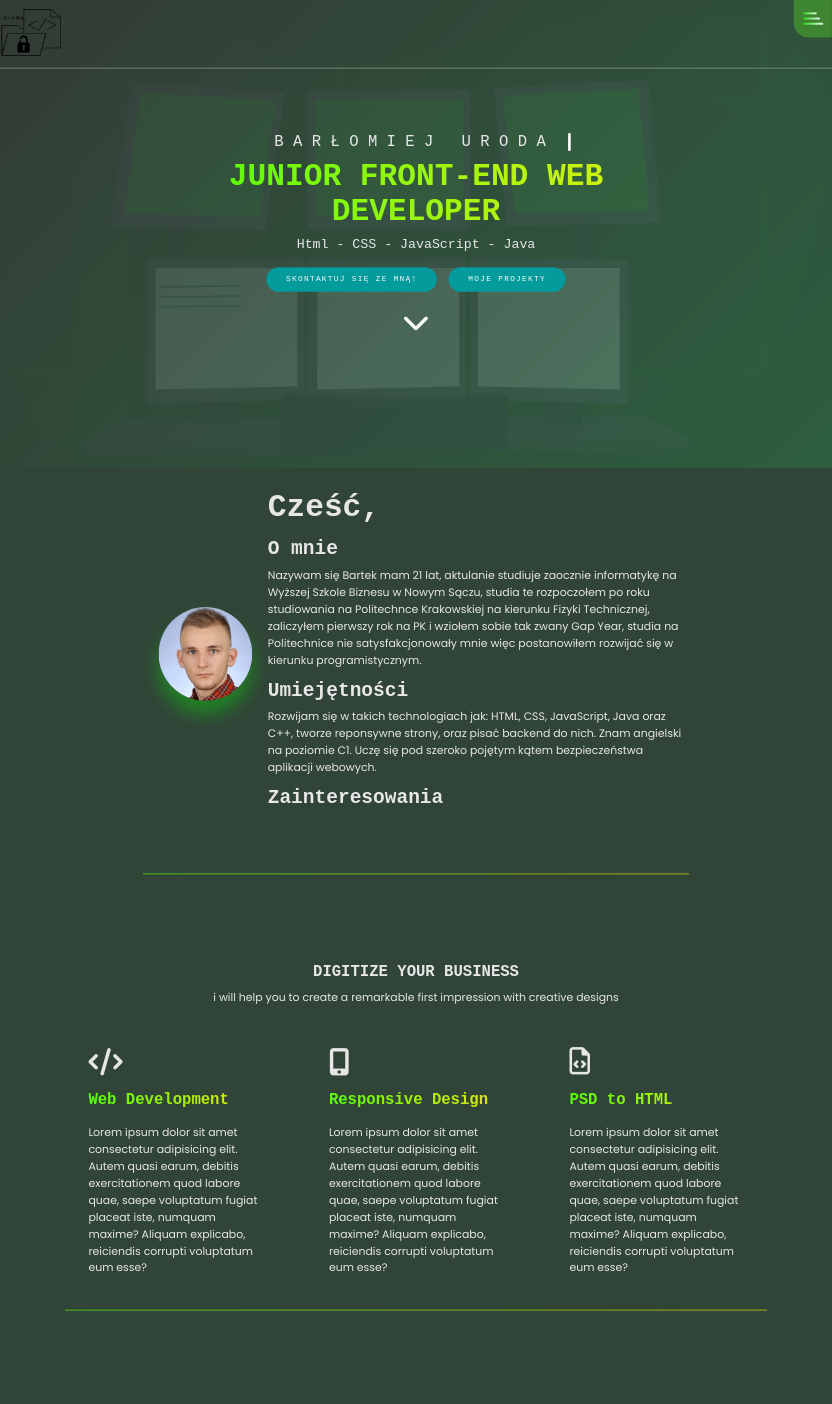
Repository: BartekUroda/portfolio
Page: index.html
An editor plug-in stored every save of this project. The page is shown before and after the next save, followed by the edit.
The browser window is 1280 px wide. The pictures show the whole page, at 65% of full size.
Some web fonts or font styles are not loaded; a fallback is used. Some web libraries are served in a nearby version.

Above is the page before, as saved 2020-10-27 21:00:05.

### index.html
<!DOCTYPE html>
<html lang="en">
<head>
    <meta charset="UTF-8">
    <meta name="viewport" content="width=device-width, initial-scale=1.0">
    <title>Portfolio | Bartek Uroda</title>
    <link rel="stylesheet" type="text/css" href="css/style.css">
    <link href="https://fonts.googleapis.com/css2?family=Poppins&sfamily=Share+Tech+Mono&display=swap" rel="stylesheet">
    <script src="https://kit.fontawesome.com/056e5c10dc.js" crossorigin="anonymous"></script>
    <link rel="shortcut icon" type="image/x-icon" href="images/favicon.ico" />
</head>
<body>
    <header>
        <div class="container">
            <nav>
                <div class="nav-brand">
                    <a href="index.html">
                        <img src="images/logo.png" alt="Uroda">
                    </a>
                </div>
                <div class="burger-menu-icon">
                    <div class="line1"></div>
                    <div class="line2"></div>
                    <div class="line3"></div>
                </div>
                <ul class="nav-list">
                    <li class="nav-item">
                      <a href="#landing-page">
                        <img
                          src="images/profile.jpeg"
                          alt="Bartek Uroda"
                          class="profile-pic nav-link"
                        >
                        <span class="caption nav-link">Bartek Uroda</span>
                      </a>
                    </li>
                    <li class="nav-item">
                      <a href="#about" class="nav-link">O mnie</a>
                    </li>
                    <li class="nav-item">
                      <a href="#services" class="nav-link">Usługi</a>
                    </li>
                    <li class="nav-item">
                      <a href="#projects" class="nav-link">Projekty</a>
                    </li>
                    <li class="nav-item">
                      <a href="#contact" class="nav-link">Kontakt</a>
                    </li>
                    <li class="nav-item">
                      <a href="https://www.facebook.com/bartlomiej.uroda.3" target="_blank" class="nav-link">
                        <i class="fab fa-facebook"></i>
                      </a>
                      <a href="https://github.com/Urodii" target="_blank" class="nav-link">
                        <i class="fab fa-github"></i>
                      </a>
                      <a href="https://www.youtube.com/channel/UCzT1h5RNvmbtrmKT5hPjyAg?view_as=subscriber" target="_blank" class="nav-link">
                        <i class="fab fa-youtube"></i>
                      </a>
                    </li>
                  </ul>
            </nav>
        </div>
    </header>
    <main>
      <section id="landing-page" class="landing-page">
        <div class="container">
          <div class="main-message">
            <h2>Barłomiej Uroda</h2>
            <h3>Junior Front-End Web Developer</h3>
            <p>Html - CSS - JavaScript - Java</p>
            <div class="intro-btn">
              <div class="cta">
                <a href="#contact" class="btn">Skontaktuj się ze mną!</a>
              </div>
              <div class="cta">
                <a href="#projects" class="btn">Moje Projekty</a>
              </div>
            </div>
            <div>
              <a href="#about" class="scroll-down">
                <i class="fa fa-chevron-down" aria-hidden="true"></i>
              </a>
            </div>
          </div>
        </div>
      </section>
      <section id="about" class="about">
        <div class="container">
          <div class="about-img">
            <img
              src="images/profile.jpeg"
              alt="Bartek Uroda"
              class="about-pic"
            />
          </div>
          <div class="about-text-box">
            <h2>Cześć,</h2>
            <h3>O mnie</h3>
            <p>
              Nazywam się Bartek mam 21 lat, aktulanie studiuje zaocznie informatykę
              na Wyższej Szkole Biznesu w Nowym Sączu, studia te rozpoczołem po roku studiowania
              na Politechnce Krakowskiej na kierunku Fizyki Technicznej, zaliczyłem pierwszy rok na PK
              i wziołem sobie tak zwany Gap Year, studia na Politechnice nie satysfakcjonowały
              mnie więc postanowiłem rozwijać się w kierunku programistycznym.
            </p>
            <h3>Umiejętności</h3>
            <p>
              Rozwijam się w takich technologiach jak: HTML, CSS, JavaScript, Java oraz C++,
              tworze reponsywne strony, oraz pisać backend do nich. Znam angielski na
              poziomie C1. Uczę się pod szeroko pojętym kątem bezpieczeństwa aplikacji webowych.
            </p>
            <h3>Zainteresowania</h3>
            <p>

          </div>
        </div>
        <hr/>
      </section>
      <section id="services" class="services">
        <div class="container">
          <div class="title-heading">
            <h2>DIGITIZE YOUR BUSINESS</h2>
            <p>
              i will help you to create a remarkable first impression with
              creative designs
            </p>
          </div>
          <div class="service-tiers">
            <div class="tier-item">
              <i class="fa fa-code" aria-hidden="true"></i>
              <h2>Web Development</h2>
              <p>
                Lorem ipsum dolor sit amet consectetur adipisicing elit. Autem
                quasi earum, debitis exercitationem quod labore quae, saepe
                voluptatum fugiat placeat iste, numquam maxime? Aliquam
                explicabo, reiciendis corrupti voluptatum eum esse?
              </p>
            </div>
            <div class="tier-item">
              <i class="fa fa-mobile" aria-hidden="true"></i>
              <h2>Responsive Design</h2>
              <p>
                Lorem ipsum dolor sit amet consectetur adipisicing elit. Autem
                quasi earum, debitis exercitationem quod labore quae, saepe
                voluptatum fugiat placeat iste, numquam maxime? Aliquam
                explicabo, reiciendis corrupti voluptatum eum esse?
              </p>
            </div>
            <div class="tier-item">
              <i class="fa fa-file-code-o" aria-hidden="true"></i>
              <h2>PSD to HTML</h2>
              <p>
                Lorem ipsum dolor sit amet consectetur adipisicing elit. Autem
                quasi earum, debitis exercitationem quod labore quae, saepe
                voluptatum fugiat placeat iste, numquam maxime? Aliquam
                explicabo, reiciendis corrupti voluptatum eum esse?
              </p>
            </div>
          </div>
        </div>
        <hr />
      </section>
    </main>
 <script type="text/javascript" src="js/main.js"></script>
</body>
</html>

### css/style.css
/* ----------GLOBAL STYLES---------- */
*,
*::before,
*::after {
  margin: 0;
  padding: 0;
  box-sizing: inherit;
}
html {
    font-family: "Share Tech Mono", monospace;
    font-size: 12px;
    box-sizing: border-box;
    scroll-behavior: smooth;
    color: #e7e7e7;
    background: rgb(49, 68, 56);
}

a {
    text-decoration: none;
    color: rgb(3, 155, 23);
}

a:hover {
    color: rgba(249, 105, 14, 1);
}

ul {
    list-style: none;
}

p {
    font-size: 1.4rem;
}

img {
    width: 100%;
    max-width: 100%;
    height: auto;
}
/* ----------HEADER---------- */
header {
    width: 100%;
    height: 5rem;
    position: absolute;
    top: 0;
    left: 0;
    z-index: 1;
}
.contenier {
    width: 100%;
    max-width: 90rem;
    margin: 0 auto;
    padding: 0 1.5rem;
}
.nav-brand {
    width: 8rem;
}
nav {
    width: 100%;
    display: flex;
    align-items: center;
    justify-content: space-between;
    padding: 1rem 0;
    border-bottom: 2px solid rgba(255, 255, 255, .2);
}
.line1 {
    width: 20px;
    height: 3px;
    margin: 5px 0;
    background: linear-gradient(
      135deg,
      rgb(27, 218, 10) 0%,
      rgb(255, 255, 255) 100%
    );
}
.line2 {
    width: 25px;
    height: 3px;
    background: linear-gradient(
      135deg,
      rgb(27, 218, 10) 0%,
      rgb(255, 255, 255) 100%
    );
}
.line3 {
    width: 30px;
    height: 3px;
    margin: 5px 0;
    background: linear-gradient(
      135deg,
      rgb(27, 218, 10) 0%,
      rgb(255, 255, 255) 100%
    );
}
.burger-menu-icon {
    cursor: pointer;
    z-index: 999;
    position: fixed;
    right: 0;
    top: 0;
    background-color: rgba(67, 145, 47, 0.815);
    padding: 1.2rem;
    border-radius: 0% 0% 0% 40%;
}
.profile-pic {
    height: 9rem;
    width: auto;
    border-radius: 50%;
    display: block;
    margin: 1.5rem 0;
}
.caption {
    display: block;
}
.nav-list {
    width: 24rem;
    height: 100vh;
    background-color:  rgb(69, 85, 75);
    position: fixed;
    top: 0;
    right: -26rem;
    display: flex;
    flex-direction: column;
    align-items: center;
    justify-self: start;
    z-index: 998;
    transition: all 650ms ease-in-out;
}
.nav-list.active {
    right: 0;
}
.nav-item {
    margin: 1.2rem 0;
}
.nav-link {
    opacity: 0;
    font-size: 1.3rem;
    text-transform: uppercase;
    color: #cecece;
    letter-spacing: 1.5px;
}
.nav-link:hover {
    color: rgb(62, 248, 15);
}
.toggle {
    background: none;
}
.toggle .line1 {
    transform: rotate(-45deg) translate(-5px, 6px) scalex(2);
}
.toggle .line2 {
    opacity: 0;
}
.toggle .line3 {
    width: 20px;
    transform: rotate(45deg) translate(-5px, -6px) scalex(2);
    margin-left: 0px;
}
@keyframes navLinkAnimate {
    from{
        opacity: 0;
        transform: translate(50px);
    }
    to{
        opacity: 1;
        transform: translate(0px);
    }
}
/* ----------MAIN---------- */
.landing-page{
    width: 100%;
    height: 100vh;
    background: linear-gradient(
        135deg,
        rgba(50, 58, 52, 0.9) 0%,
        rgba(44, 100, 65, 0.8) 100%
    ),
    url('../images/mainpage.png') center no-repeat;
    background-size: contain;
    position: relative;
}
.main-message {
    width: 100%;
    max-width: 58rem;
    text-transform: uppercase;
    position: absolute;
    left: 50%;
    top: 50%;
    transform: translate(-50%, -50%);
    text-align: center;
}
.main-message h2 {
    letter-spacing: 1.2rem;
    font-size: 2rem;
    font-weight: 400;
    overflow: hidden;
    white-space: nowrap;
    animation: typing 5s steps(33), blink 1s ease-in-out 7s infinite;
    width: 33ch;
    margin: auto;
    border-right: 4px solid rgba(255, 255, 255, 1);
}
@keyframes typing {
    75% {
      width: 0ch;
      color: rgb(178, 249, 14);
    }
    100% {
      width: 33ch;
    }
}
@keyframes blink {
    0% {
      border-right: 4px solid rgba(255, 255, 255, 0);
    }
    100% {
      border-right: 4px solid rgb(194, 194, 194);
    }
}
.main-message h3 {
    font-size: 4rem;
    margin: 1rem 0;
    color: rgba(249, 105, 14, 1);
    background: linear-gradient(
      to right,
      rgb(87, 253, 9) 0%,
      rgb(217, 240, 17) 100%
    );
    -webkit-background-clip: text;
    -webkit-text-fill-color: transparent;
}
.main-message p {
    text-transform: none;
    font-size: 1.7rem;
    font-weight: 400;
}
.intro-btn {
    display: flex;
    justify-content: center;
}
.btn {
    margin: 0 9px;
    background: rgba(3, 155, 155);
    border-radius: 2rem;
    color: #fafafa;
    padding: 1rem 2.5rem;
    display: inline-block;
    margin-top: 2rem;
    transition: background-color 650ms;
    font-weight: 500;
    letter-spacing: 2px;
}
.btn:hover {
    color: #fafafa;
    background-color: rgb(176, 189, 0);
}
.scroll-down i {
    color: #fafafa;
    transition: color 650ms;
    margin-top: 2rem;
    font-size: 3.5rem;
}
.scroll-down i:hover {
    color: rgb(176, 189, 0);
}
/* ----------ABOUT--------- */
.about {
    width: 100%;
    min-height: 100vh;
    max-width: 70rem;
    margin: auto;
}
.about .container {
    display: flex;
    align-items: center;
    min-height: 80vh;
  }
.about-img img {
    height: 12rem;
    width: auto;
    border-radius: 50%;
    margin: 2rem;
    box-shadow: 0 20px 30px 0 rgba(4, 236, 4, 0.397);
  }
.about-text-box {
    flex-grow: 1;
    flex-shrink: 1;
    flex-basis: 0;
}
.about-text-box h2 {
    font-size: 4rem;
    margin-bottom: 20px;
}
.about-text-box h3 {
    font-size: 2.5rem;
    margin-bottom: 10px;
}
.about-text-box p {
    font-family: "Poppins", sans-serif;
    font-size: 1.4rem;
    padding: 0;
    margin-bottom: 1.45rem;
}
hr {
    margin: 4rem 0;
    background: linear-gradient(
      to right,
      rgb(87, 253, 9) 0%,
      rgb(231, 228, 6) 100%
    );
    border: 0;
    height: 1px;
}
/* ----------SERVICE--------- */
.services {
    padding: 3rem 0;
    min-height: 100vh;
    max-width: 90rem;
    margin: auto;
}
.title-heading {
    text-align: center;
    margin-bottom: 5rem;
}
.title-heading h2 {
    font-size: 2rem;
    margin: 0.5rem 0 1rem 0;
}
.title-heading p {
    font-family: "Poppins", sans-serif;
    margin-bottom: 5rem;
}
.service-tiers {
    display: grid;
    grid-template-columns: repeat(auto-fit, minmax(25rem, 1fr));
    gap: 2.5rem;
}
.tier-item {
    height: 30rem;
    padding: 3rem;
    position: relative;
    display: flex;
    flex-direction: column;
    justify-content: center;
    cursor: default;
}
.tier-item i {
    font-size: 3.5rem;
}
.tier-item h2 {
    font-size: 2rem;
    margin: 2rem 0;
    background: linear-gradient(
      to right,
      rgb(87, 253, 9) 0%,
      rgb(231, 228, 6) 100%
    );
    -webkit-background-clip: text;
    -webkit-text-fill-color: transparent;
}
.tier-item p {
    font-family: "Poppins", sans-serif;
    font-size: 1.4rem;
}

### js/main.js
//eselect elements
const selectElement = (s) => document.querySelector(s);
const navLinks = document.querySelectorAll(".nav-link");

selectElement(".burger-menu-icon").addEventListener("click", () => {
    selectElement(".nav-list").classList.toggle("active");
    selectElement(".burger-menu-icon").classList.toggle("toggle")

    navLinks.forEach((link, index) => {
        if (link.style.animation){
            link.style.animation = ""
        }else{
            link.style.animation = `navLinkAnimate 0.5s ease forwards ${ index/7 + 0.5}s`
            console.log(index/7 + 0.5)
        }
    })
});

After the next save:
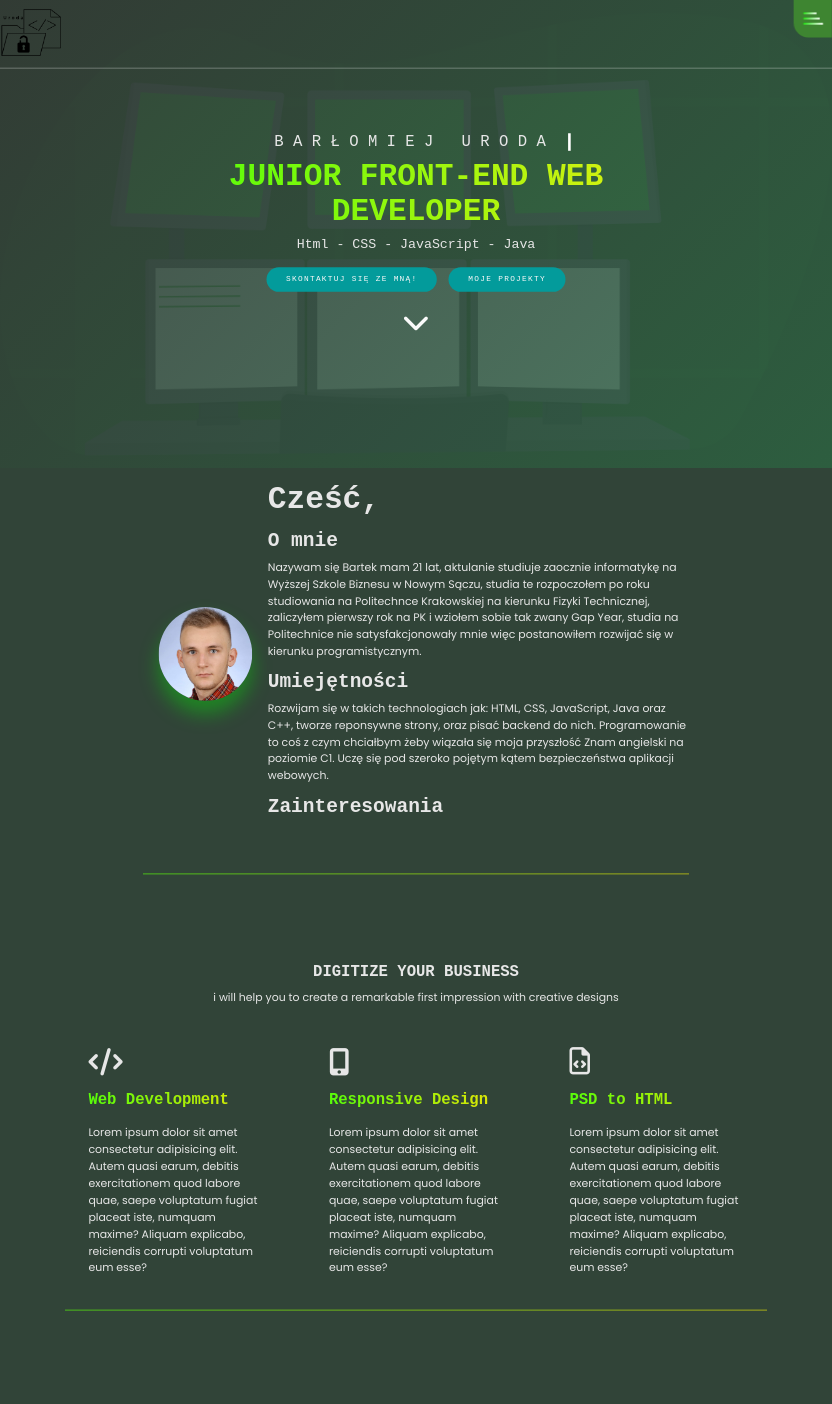
Saved 49 s later.
--- a/index.html
+++ b/index.html
@@ -106,8 +106,8 @@
             <h3>Umiejętności</h3>
             <p>
               Rozwijam się w takich technologiach jak: HTML, CSS, JavaScript, Java oraz C++,
-              tworze reponsywne strony, oraz pisać backend do nich. Znam angielski na
-              poziomie C1. Uczę się pod szeroko pojętym kątem bezpieczeństwa aplikacji webowych.
+              tworze reponsywne strony, oraz pisać backend do nich. Programowanie to coś z czym chciałbym żeby wiązała się moja przyszłość
+              Znam angielski na poziomie C1. Uczę się pod szeroko pojętym kątem bezpieczeństwa aplikacji webowych.
             </p>
             <h3>Zainteresowania</h3>
             <p>
